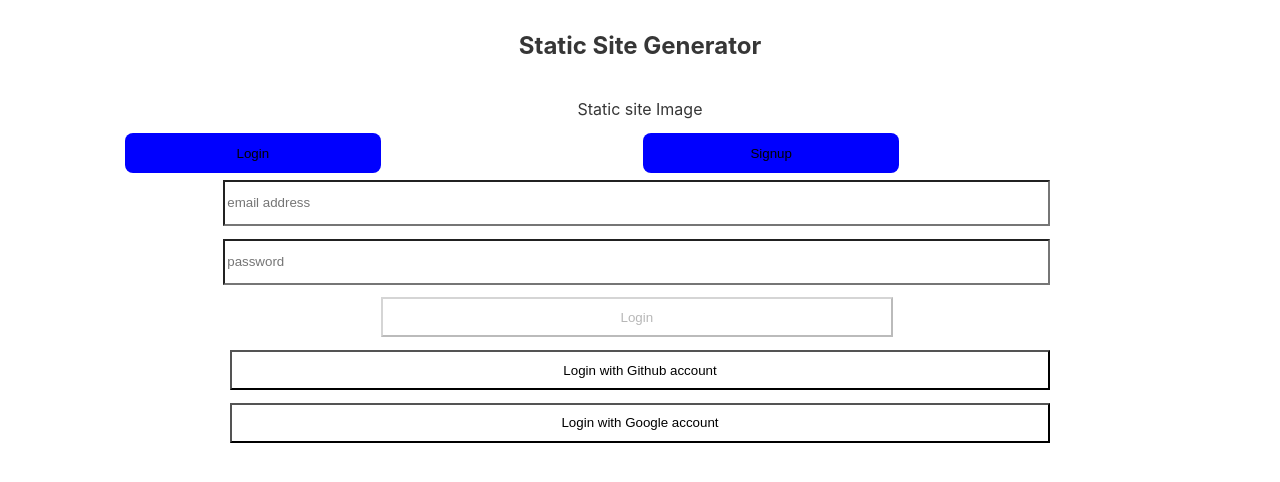
Repository: ValGrace/static-site-generator
Page: / (app in client-frontend/)
The author's editor kept a copy of each file at every save. The page is drawn from the files as they stood at one save, then again after the next save.
The browser window is 1280 px wide. The pictures show the whole page.
The project was rebuilt for these pictures with package versions that can differ from the ones it lists, and the page was loaded fresh each time. Also part of the build but not shown: client-frontend/vite.config.js, client-frontend/src/Components/Signup.jsx, client-frontend/src/App.css.

Above is the page before, as saved 2023-02-04 13:11:32.

### client-frontend/index.html
<!DOCTYPE html>
<html lang="en">
  <head>
    <meta charset="UTF-8" />
    <link rel="icon" type="image/svg+xml" href="/vite.svg" />
    <meta name="viewport" content="width=device-width, initial-scale=1.0" />
    <title>Static Site Generator</title>
  </head>
  <body>
    <div id="root"></div>
    <script type="module" src="/src/main.jsx"></script>
  </body>
</html>

### client-frontend/src/App.jsx
import Dashboard from './Pages/Dashboard'
import './App.css'

function App() {


  return (
    <div className="App">
      <Dashboard />
    </div>
  )
}

export default App

### client-frontend/src/index.css
:root {
  font-family: Inter, system-ui, Avenir, Helvetica, Arial, sans-serif;
  line-height: 1.5;
  font-weight: 400;

  color-scheme: light dark;
  color: rgba(24, 24, 24, 0.87);
  background-color: #ffffff;

  font-synthesis: none;
  text-rendering: optimizeLegibility;
  -webkit-font-smoothing: antialiased;
  -moz-osx-font-smoothing: grayscale;
  -webkit-text-size-adjust: 100%;
}

### client-frontend/src/Pages/Dashboard.jsx
import React, { useReducer} from 'react'
import Login from '../Components/Login'
import Signup from '../Components/Signup'

const initialState = {page : <Login />}
function reducer(state, action) {
    switch(action.type) {
        case 'loginpage':
          return { page: <Login />}
        case 'signuppage':
            return { page: <Signup />}
        default:
            return { page: <h2>Loading....</h2>}
    }
}
const Dashboard = () => {
    const [state, dispatch] = useReducer(reducer, initialState)
    return (
        <div className='dashboard'>
         <h2>Static Site Generator</h2>
         <div>Static site Image</div>
         <div className='dash' id='dash'>
            <div className='toggleForms'>
                <button onClick={() => dispatch({type: 'loginpage'})} className="type-btn">Login</button>
                <button onClick={() => dispatch({type: 'signuppage'})
                } className="type-btn">Signup</button>
            <React.Fragment>{state.page}</React.Fragment>
            </div>
            <button id="auth-btns">Login with Github account</button>
            <button id="auth-btns">Login with Google account</button>
         </div>
       </div>
    )
}

export default Dashboard

### client-frontend/src/Components/Login.jsx
import { useRef, useState } from 'react'
import "./Inputs.css"
const Login = () => {
    const emailRef = useRef()
    const passwordRef = useRef()
    const [loading, setLoading] = useState(true)
    const LoginSession = () => {

    }
    return (
    <form onSubmit={LoginSession} className="signupForm">
        <input type='email' placeholder='email address' ref={emailRef} />
        <input type='password' placeholder='password' ref={passwordRef} />
        <button disabled={loading} type='submit' id='sign'>Login</button>
    </form>
    )
}

export default Login

### client-frontend/src/Components/Inputs.css
form, #dash {
    width: 80vw;
}
.signupForm, .dash, .dashboard {
   display: flex;
   flex-direction: column;
   justify-content: center;
   align-items: center;
   gap: 0.8em;
}

input, button {
    width: 80%;
    height: 3em;
    background-color: transparent;
}

#sign {
   width: 40vw;
}

.toggleForms {
    display: grid;
    grid-template-columns: 40vw 40vw;
    gap: 0.4em;
    justify-content: center;
    align-items: center;
}

.type-btn {
    background-color: blue;
    border: none;
    width: 20vw;
    border-radius: 8px;
}

Loaded but not shown: client-frontend/src/main.jsx (common file)

After the next save:
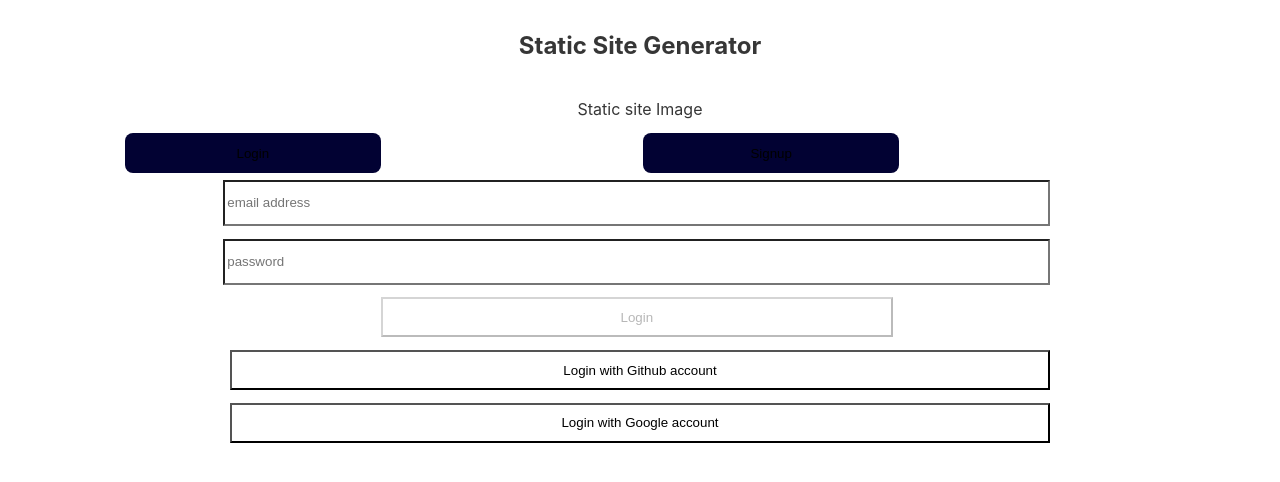
Saved 81 s later.
--- a/client-frontend/src/Components/Inputs.css
+++ b/client-frontend/src/Components/Inputs.css
@@ -28,7 +28,7 @@ input, button {
 }
 
 .type-btn {
-    background-color: blue;
+    background-color: rgb(2, 2, 51);
     border: none;
     width: 20vw;
     border-radius: 8px;
